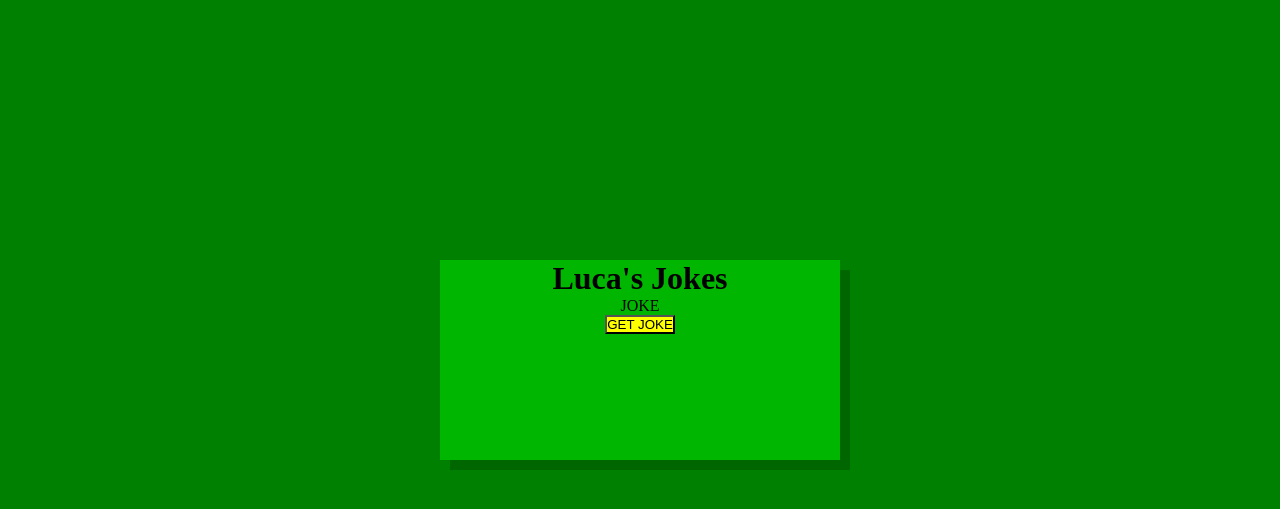
Repository: SerbanLuca/ChuckNorrisJokes-app
Page: /
An editor plug-in stored every save of this project. The page is shown before and after a run of saves, followed by the edit.
The browser window is 1280 px wide. The pictures show the whole page.
The project was rebuilt for these pictures with package versions that can differ from the ones it lists, and the page was loaded fresh each time.

Above is the page before, as saved 2021-04-07 13:49:43.

After the next 2 saves:
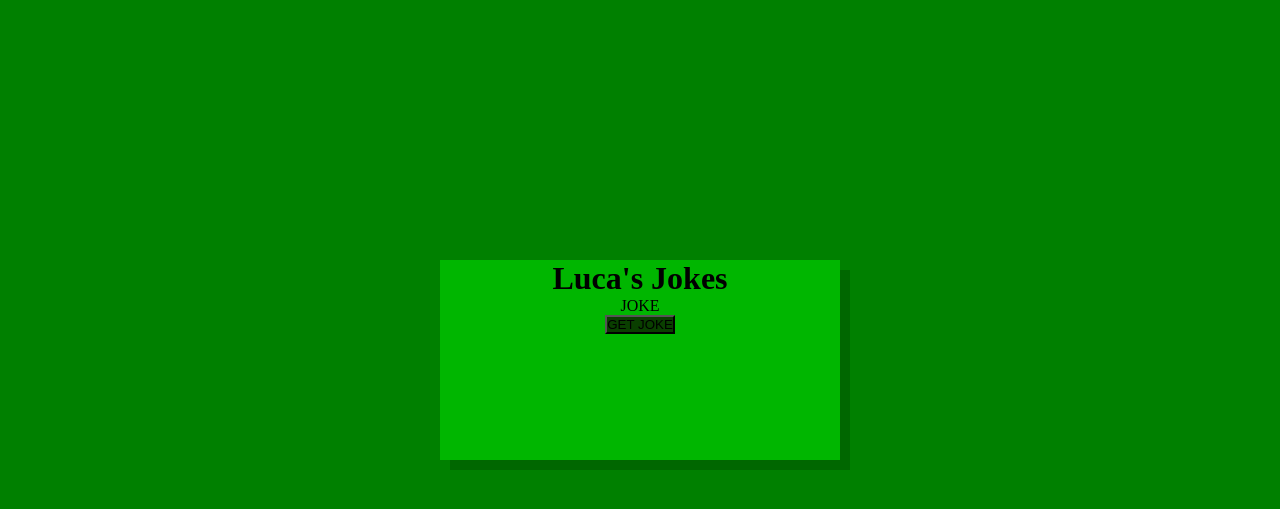
The 2 saves are shown as one change because they came seconds apart.
The last was saved 9 s later.
--- a/src/App.css
+++ b/src/App.css
@@ -25,7 +25,7 @@
 
 .button
 {
-  background-color: yellow;
+  background-color: rgb(10, 63, 0);
 }
 
 body
